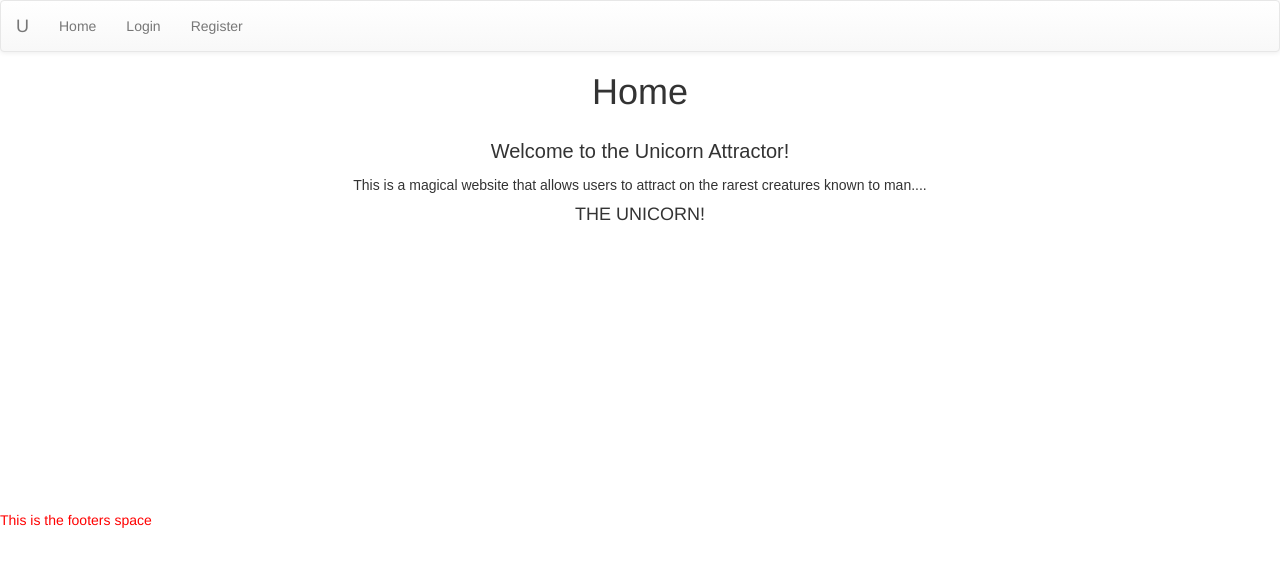
Repository: h8130084/UnicornAttractor
Page: accounts/templates/index.html
The author's editor kept a record of every edit. The page is drawn from the files as they stood at one moment, then again after the next edit.
The browser window is 1280 px wide. The pictures show the whole page.
Some web fonts or font styles are not loaded; a fallback is used. Some web libraries are served in a nearby version. The template is drawn by Django 2.2. The application's start-up code is not run. The template is opened directly, without the code that normally fills it, so the values that code supplies are empty.

Above is the page before.

After the next edit:
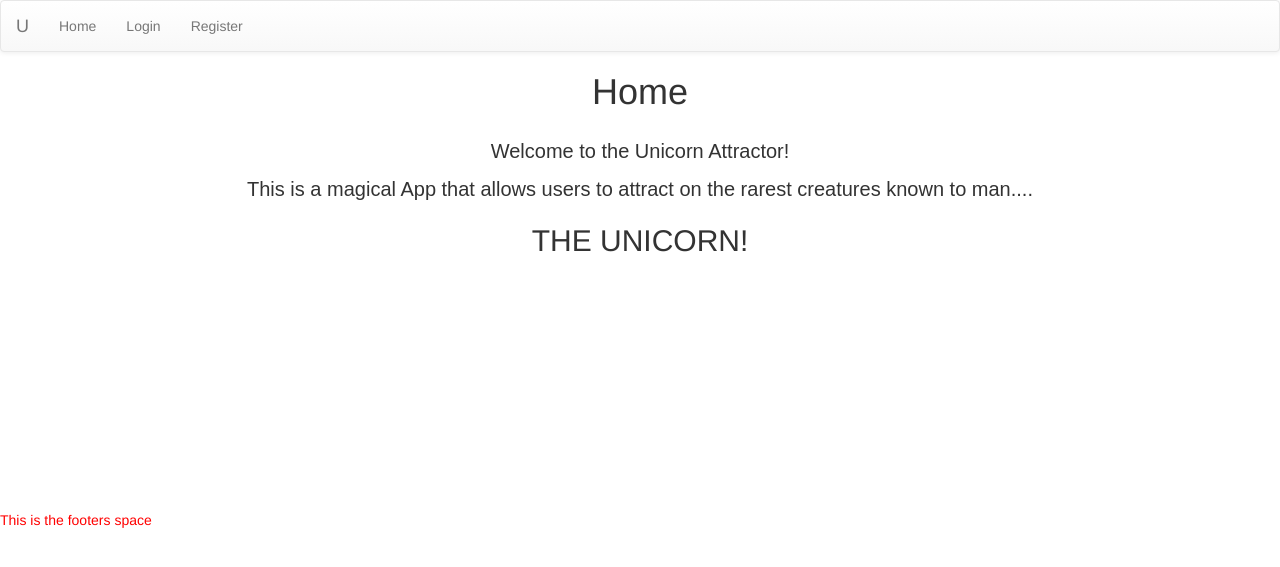
The edit:
--- a/accounts/templates/index.html
+++ b/accounts/templates/index.html
@@ -8,8 +8,8 @@
         <p class="home-text">Welcome to the Unicorn Attractor!</p>
     </div>
     <div class="center">
-        <p> This is a magical website that allows users to attract on  the rarest creatures known to man....<br>
-        <h4> THE UNICORN!</h4></p>
+        <p class="home-text"> This is a magical App that allows users to attract on  the rarest creatures known to man....<br>
+        <h2> THE UNICORN!</h4></p>
     </div>
 
 
